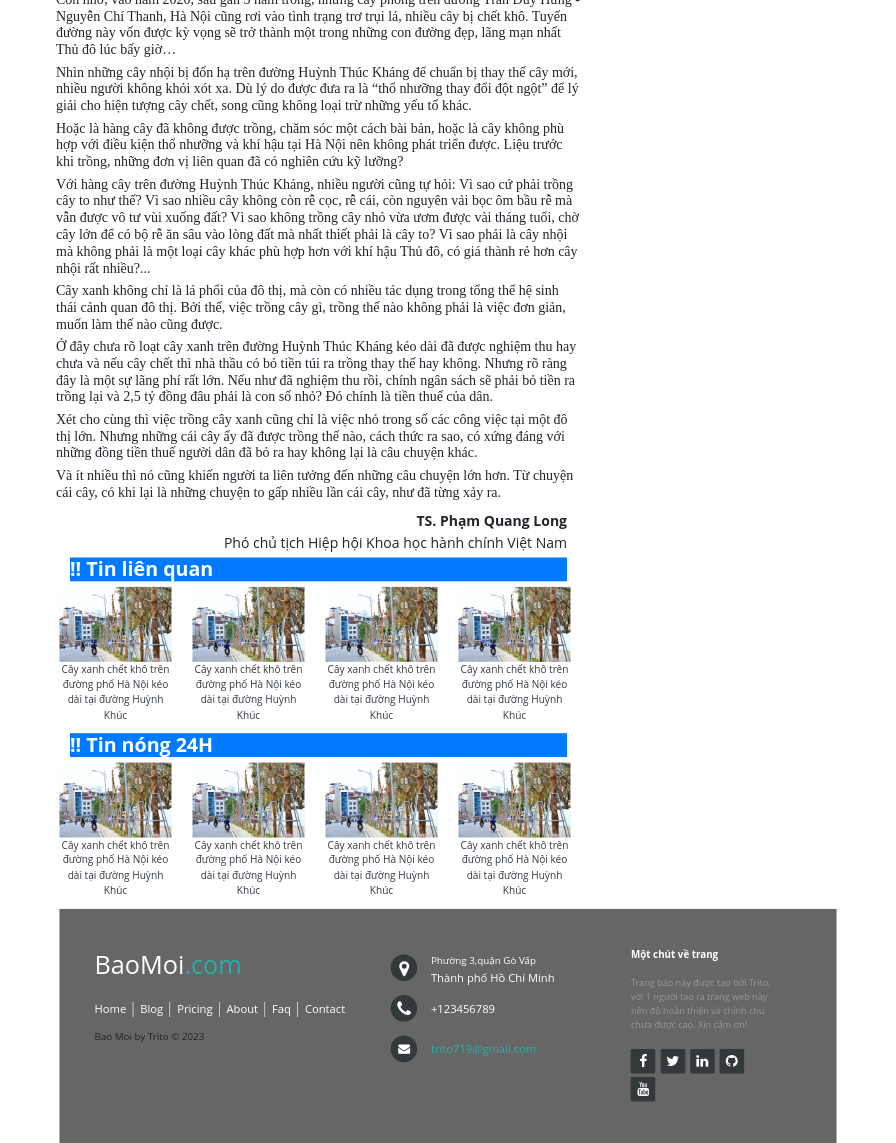
Repository: TRITO719/18_TrinhQuocToan_20081631
Page: So37/html/caykho.html
The author's editor kept a copy of each file at every save. The page is drawn from the files as they stood at one save, then again after the next save.
The browser window is 1280 px wide. The pictures show the part of the page from y = 1609 to 3529 px (the page is 3242 px tall before and 3884 px after), at 70% of full size.

Above is the page before, as saved 2023-04-22 13:04:17.

### So37/html/caykho.html
<!DOCTYPE html>
<html lang="en">
<head>
    <meta charset="UTF-8">
    <meta http-equiv="X-UA-Compatible" content="IE=edge">
    <meta name="viewport" content="width=device-width, initial-scale=1.0">
    <title>Document</title>
    <link rel="stylesheet" href="../css/bootstrap.min.css">
    <script src="../js/jquery-3.6.4.min.js"></script>
    <script src="../js/bootstrap.min.js"></script>
    <link rel="stylesheet" href="../css/style.css">
    <link rel="stylesheet" href="https://cdnjs.cloudflare.com/ajax/libs/font-awesome/4.7.0/css/font-awesome.min.css">
</head>
<body>
    <!--Tao thuong hieu va menu-->
    <div class="container">
        <!--Nhan-->
        <a  href="">
            <img class="navbar-brand-item mx-auto d-block" src="../img/Capture.PNG" alt="">
        </a>
        <!--Menu-->
        <nav class="navbar navbar-expand-lg  navbar-light bg-light sticky-top">
            <div class="navbar-collapse collapse show" id="navbar">
                <ul class="navbar-nav">
                    <!--Trang chu-->
                    <li class="nav-item dropdown">
                        <a class="nav-link dropdown-toggle" id="trangchu" data-toggle="dropdown" aria-haspopup="true" aria-expanded="false" href="#">Trang chủ</a>
                        <div class="dropdown-menu" aria-labelledby="trangchu">
                            <a class="dropdown-item" href="#">Trang chính</a>
                            <a class="dropdown-item" href="#">Trang mua sắm</a>
                            <a class="dropdown-item" href="#">Trang giới thiệu</a>
                        </div>
                    </li>

                        <li class="nav-item dropdown">
                            <a class="nav-link dropdown-toggle" href="#" id="thoisuDropdown" role="button" data-toggle="dropdown" aria-haspopup="true" aria-expanded="false">Thời sự
                            </a>
                            <div class="dropdown-menu" aria-labelledby="thoisuDropdown">
                                <a class="dropdown-item" href="#">Tin nóng</a>
                                <a class="dropdown-item" href="#">Tin mới</a>
                                <a class="dropdown-item" href="#">Tin trong ngày</a>
                                <a class="dropdown-item" href="#">Tin trong tuần</a>
                                <a class="dropdown-item" href="#">Tin chính trị</a>
                                <a class="dropdown-item" href="#">Tin kinh tế</a>
                                <a class="dropdown-item" href="#">Tin giáo dục </a>
                                <a class="dropdown-item" href="#">Tin quân sự</a>
                            </div>
                        </li>
                        <li class="nav-item dropdown">
                            <a class="nav-link dropdown-toggle" href="#" id="thoisuDropdown" role="button" data-toggle="dropdown" aria-haspopup="true" aria-expanded="false">Thế giới
                            </a>
                            <div class="dropdown-menu" aria-labelledby="thoisuDropdown">
                                <a class="dropdown-item" href="#">Tin nóng</a>
                                <a class="dropdown-item" href="#">Tin mới</a>
                                <a class="dropdown-item" href="#">Tin trong ngày</a>
                                <a class="dropdown-item" href="#">Tin trong tuần</a>
                                <a class="dropdown-item" href="#">Tin chính trị</a>
                                <a class="dropdown-item" href="#">Tin kinh tế</a>
                                <a class="dropdown-item" href="#">Tin giáo dục </a>
                                <a class="dropdown-item" href="#">Tin quân sự</a>
                            </div>
                        </li>
                        <li class="nav-item ">
                            <a class="nav-link" href="">Video</a>

                        </li>
                        <li class="nav-item ">
                            <a class="nav-link" href="">Chủ đề</a>

                        </li>

                        <div class="col ml-auto">
                            <form class="d-flex">
                                <input class="form-control me-2" type="search" placeholder="Tìm kiếm" aria-label="Search">
                                <button class="btn btn-outline-success" type="submit">Tìm kiếm</button>
                            </form>

                        </div>

                </ul>

            </div>

        </nav>
        <div class="row text-center " style="font-family:'Times', 'Gill Sans MT', Calibri, 'Trebuchet MS', sans-serif">
            <h1>Cây xanh chết khô trên đường phố Hà Nội kéo dài tại đường Huỳnh Khúc</h1>
            <p class="text-muted" >04/04/2023</p>
            <h5 class="font-weight-bold">Sáng 3/4, nhiều cây nhội chết khô có đường kính thân 20-25cm trên vỉa hè dọc đường Huỳnh Thúc Kháng kéo dài (Hà Nội) đã được nhổ lên.</h5>
                <figure>
                    <img src="../img/cay-xanh-chet-kho-tren-duong-huynh-thuc-khang-keo-dai-2-16803995389678631728.jpg" class="d-block w-100 trans" alt="Hình ảnh 1">
                    <figcaption class="figure-caption text-center text-dark ">
                        Cây xanh chết khô trên đường phố Hà Nội kéo dài tại đường Huỳnh Khúc
                    </figcaption>


        </div>
        <div class="row">
            <div class="col-7" style="margin: 10px;padding: 10px; font-family: 'Times New Roman', Times, serif;">
                <h5>Hạng mục cây xanh trên tuyến đường này có trị giá khoảng 2,5 tỷ đồng, do nhà thầu thi công là liên danh Công ty Đường bộ Phú Thọ và Công ty CP Đầu tư DCC Hà Nội thực hiện. Trước mắt, có vài chục cây được xác định đã bị chết.</h5>

            </div>
            <div class="col-4">

            </div>
            <div class="col-sm-7 col-md-7">
                    <figure>
                        <img src="../img/caykho/img-bgt-2021-cay-xanh-1680532614-width1280height824.jpg" class="d-block w-100 trans" alt="Hình ảnh 1">
                        <figcaption class="figure-caption text-center text-dark ">
                            Cây xanh chết khô trên đường phố Hà Nội kéo dài tại đường Huỳnh Khúc
                        </figcaption>
                    </figure>
            </div>
            <div class="col-4">

            </div>
            <div class="col-8" style="font-family:'Times New Roman', Times, serif; margin: 5px; padding: 5px;">
                <h5>
                    Nguyên nhân khiến cây xanh chết khô hoặc có dấu hiệu sinh trưởng thấp được những người có trách nhiệm cho rằng “do thổ nhưỡng bị thay đổi đột ngột”.
                </h5>
                <h5>
                    Đường Huỳnh Thúc Kháng kéo dài có chiều dài khoảng 1,3km, vừa được thông xe vào ngày 17/1, có tổng mức đầu tư hơn 340 tỷ đồng do quận Đống Đa làm chủ đầu tư. Hàng cây xanh 2 bên đường với số lượng 264 cây được đầu tư đồng bộ cùng các hạng mục khác của con đường.
                </h5>
                <h5>
                    Tuy nhiên, đã nhiều tháng trôi qua, hàng cây không lên xanh mà bị khô héo. Nhiều cây chết đã lâu nên lớp vỏ bị bong tróc, gây mất cảnh quan đô thị và tiềm ẩn nguy cơ gãy, đổ, đe dọa người tham gia giao thông.
                </h5>
                <h5>
                    Còn nhớ, vào năm 2020, sau gần 3 năm trồng, những cây phong trên đường Trần Duy Hưng - Nguyễn Chí Thanh, Hà Nội cũng rơi vào tình trạng trơ trụi lá, nhiều cây bị chết khô. Tuyến đường này vốn được kỳ vọng sẽ trở thành một trong những con đường đẹp, lãng mạn nhất Thủ đô lúc bấy giờ…
                </h5>
                <h5>
                    Nhìn những cây nhội bị đốn hạ trên đường Huỳnh Thúc Kháng để chuẩn bị thay thế cây mới, nhiều người không khỏi xót xa. Dù lý do được đưa ra là “thổ nhưỡng thay đổi đột ngột” để lý giải cho hiện tượng cây chết, song cũng không loại trừ những yếu tố khác.
                </h5>
                <h5>
                    Hoặc là hàng cây đã không được trồng, chăm sóc một cách bài bản, hoặc là cây không phù hợp với điều kiện thổ nhưỡng và khí hậu tại Hà Nội nên không phát triển được. Liệu trước khi trồng, những đơn vị liên quan đã có nghiên cứu kỹ lưỡng?
                </h5>
                <h5>
                    Với hàng cây trên đường Huỳnh Thúc Kháng, nhiều người cũng tự hỏi: Vì sao cứ phải trồng cây to như thế? Vì sao nhiều cây không còn rễ cọc, rễ cái, còn nguyên vải bọc ôm bầu rễ mà vẫn được vô tư vùi xuống đất? Vì sao không trồng cây nhỏ vừa ươm được vài tháng tuổi, chờ cây lớn để có bộ rễ ăn sâu vào lòng đất mà nhất thiết phải là cây to? Vì sao phải là cây nhội mà không phải là một loại cây khác phù hợp hơn với khí hậu Thủ đô, có giá thành rẻ hơn cây nhội rất nhiều?...
                </h5>
                <h5>
                    Cây xanh không chỉ là lá phổi của đô thị, mà còn có nhiều tác dụng trong tổng thể hệ sinh thái cảnh quan đô thị. Bởi thế, việc trồng cây gì, trồng thế nào không phải là việc đơn giản, muốn làm thế nào cũng được.
                </h5>
                <h5>
                    Ở đây chưa rõ loạt cây xanh trên đường Huỳnh Thúc Kháng kéo dài đã được nghiệm thu hay chưa và nếu cây chết thì nhà thầu có bỏ tiền túi ra trồng thay thế hay không. Nhưng rõ ràng đây là một sự lãng phí rất lớn. Nếu như đã nghiệm thu rồi, chính ngân sách sẽ phải bỏ tiền ra trồng lại và 2,5 tỷ đồng đâu phải là con số nhỏ? Đó chính là tiền thuế của dân.
                </h5>
                <h5>
                    Xét cho cùng thì việc trồng cây xanh cũng chỉ là việc nhỏ trong số các công việc tại một đô thị lớn. Nhưng những cái cây ấy đã được trồng thế nào, cách thức ra sao, có xứng đáng với những đồng tiền thuế người dân đã bỏ ra hay không lại là câu chuyện khác.

                </h5>
                <h5>
                    Và ít nhiều thì nó cũng khiến người ta liên tưởng đến những câu chuyện lớn hơn. Từ chuyện cái cây, có khi lại là những chuyện to gấp nhiều lần cái cây, như đã từng xảy ra.
                </h5>
            </div>


        </div>
        <div class="col-8">
            <div class="text-right">
                <h5 class="font-weight-bold">
                    TS. Phạm Quang Long
                </h5>
                <h5>
                    Phó chủ tịch Hiệp hội Khoa học hành chính Việt Nam
                </h5>

            </div>
            <div>
                <h3 class="text-white font-weight-bold bg-primary">!! Tin liên quan</h3>
            </div>
        </div>
        <div class="row">
            <div class="col-sm-2 col-md-2">
                <a href="">
                    <figure>
                        <img src="../img/cay-xanh-chet-kho-tren-duong-huynh-thuc-khang-keo-dai-2-16803995389678631728.jpg" class="d-block w-100 trans" alt="Hình ảnh 1">
                        <figcaption class="figure-caption text-center text-dark ">
                            Cây xanh chết khô trên đường phố Hà Nội kéo dài tại đường Huỳnh Khúc
                        </figcaption>
                </a>

            </div>
            <div class="col-sm-2 col-md-2">
                <a href="">
                    <figure>
                        <img src="../img/cay-xanh-chet-kho-tren-duong-huynh-thuc-khang-keo-dai-2-16803995389678631728.jpg" class="d-block w-100 trans" alt="Hình ảnh 1">
                        <figcaption class="figure-caption text-center text-dark ">
                            Cây xanh chết khô trên đường phố Hà Nội kéo dài tại đường Huỳnh Khúc
                        </figcaption>
                </a>

            </div>
            <div class="col-sm-2 col-md-2">
                <a href="">
                    <figure>
                        <img src="../img/cay-xanh-chet-kho-tren-duong-huynh-thuc-khang-keo-dai-2-16803995389678631728.jpg" class="d-block w-100 trans" alt="Hình ảnh 1">
                        <figcaption class="figure-caption text-center text-dark ">
                            Cây xanh chết khô trên đường phố Hà Nội kéo dài tại đường Huỳnh Khúc
                        </figcaption>
                </a>

            </div>
            <div class="col-sm-2 col-md-2">
                <a href="">
                    <figure>
                        <img src="../img/cay-xanh-chet-kho-tren-duong-huynh-thuc-khang-keo-dai-2-16803995389678631728.jpg" class="d-block w-100 trans" alt="Hình ảnh 1">
                        <figcaption class="figure-caption text-center text-dark ">
                            Cây xanh chết khô trên đường phố Hà Nội kéo dài tại đường Huỳnh Khúc
                        </figcaption>
                </a>

            </div>

        </div>
        <div class="col-sm-8 col-md-8">
            <div>
                <h3 class="text-white font-weight-bold bg-primary">!! Tin nóng 24H</h3>
            </div>

        </div>
        <div class="row">
            <div class="col-sm-2 col-md-2">
                <a href="">
                    <figure>
                        <img src="../img/cay-xanh-chet-kho-tren-duong-huynh-thuc-khang-keo-dai-2-16803995389678631728.jpg" class="d-block w-100 trans" alt="Hình ảnh 1">
                        <figcaption class="figure-caption text-center text-dark ">
                            Cây xanh chết khô trên đường phố Hà Nội kéo dài tại đường Huỳnh Khúc
                        </figcaption>
                </a>

            </div>
            <div class="col-sm-2 col-md-2">
                <a href="">
                    <figure>
                        <img src="../img/cay-xanh-chet-kho-tren-duong-huynh-thuc-khang-keo-dai-2-16803995389678631728.jpg" class="d-block w-100 trans" alt="Hình ảnh 1">
                        <figcaption class="figure-caption text-center text-dark ">
                            Cây xanh chết khô trên đường phố Hà Nội kéo dài tại đường Huỳnh Khúc
                        </figcaption>
                </a>

            </div>
            <div class="col-sm-2 col-md-2">
                <a href="">
                    <figure>
                        <img src="../img/cay-xanh-chet-kho-tren-duong-huynh-thuc-khang-keo-dai-2-16803995389678631728.jpg" class="d-block w-100 trans" alt="Hình ảnh 1">
                        <figcaption class="figure-caption text-center text-dark ">
                            Cây xanh chết khô trên đường phố Hà Nội kéo dài tại đường Huỳnh Khúc
                        </figcaption>
                </a>

            </div>
            <div class="col-sm-2 col-md-2">
                <a href="">
                    <figure>
                        <img src="../img/cay-xanh-chet-kho-tren-duong-huynh-thuc-khang-keo-dai-2-16803995389678631728.jpg" class="d-block w-100 trans" alt="Hình ảnh 1">
                        <figcaption class="figure-caption text-center text-dark ">
                            Cây xanh chết khô trên đường phố Hà Nội kéo dài tại đường Huỳnh Khúc
                        </figcaption>
                </a>

            </div>

        </div>
        <footer class="footer-distributed">

            <div class="footer-left">

                <h3>BaoMoi<span>.com</span></h3>

                <p class="footer-links">
                    <a href="#" class="link-1">Home</a>

                    <a href="#">Blog</a>

                    <a href="#">Pricing</a>

                    <a href="#">About</a>

                    <a href="#">Faq</a>

                    <a href="#">Contact</a>
                </p>

                <p class="footer-company-name">Bao Moi by Trito © 2023</p>
            </div>

            <div class="footer-center">

                <div>
                    <i class="fa fa-map-marker"></i>
                    <p><span>Phường 3,quận Gò Vấp</span> Thành phố Hồ Chí Minh</p>
                </div>

                <div>
                    <i class="fa fa-phone"></i>
                    <p>+123456789</p>
                </div>

                <div>
                    <i class="fa fa-envelope"></i>
                    <p><a href="trito719@gmail.com">trito719@gmail.com</a></p>
                </div>

            </div>

            <div class="footer-right">

                <p class="footer-company-about">
                    <span>Một chút về trang</span>
                    Trang báo này được tạo bởi Trito, với 1 người tạo ra trang web này nên độ hoàn thiện và chỉnh chu chưa được cao. Xin cảm ơn!
                </p>

                <div class="footer-icons">

                    <a href="https://www.facebook.com/" ><i class="fa fa-facebook"></i></a>
                    <a href="https://twitter.com/home"><i class="fa fa-twitter"></i></a>
                    <a href="https://www.linkedin.com/"><i class="fa fa-linkedin"></i></a>
                    <a href="https://github.com/"><i class="fa fa-github"></i></a>
                    <a href="https://www.youtube.com/watch?v=dQw4w9WgXcQ"><i class="fa fa-youtube"></i></a>


                </div>

            </div>

        </footer>

    </div>


</body>

Loaded but not shown: So37/css/bootstrap.min.css (library); So37/js/jquery-3.6.4.min.js (library); So37/js/bootstrap.min.js (library); So37/css/style.css (209 lines, source omitted)

After the next save:
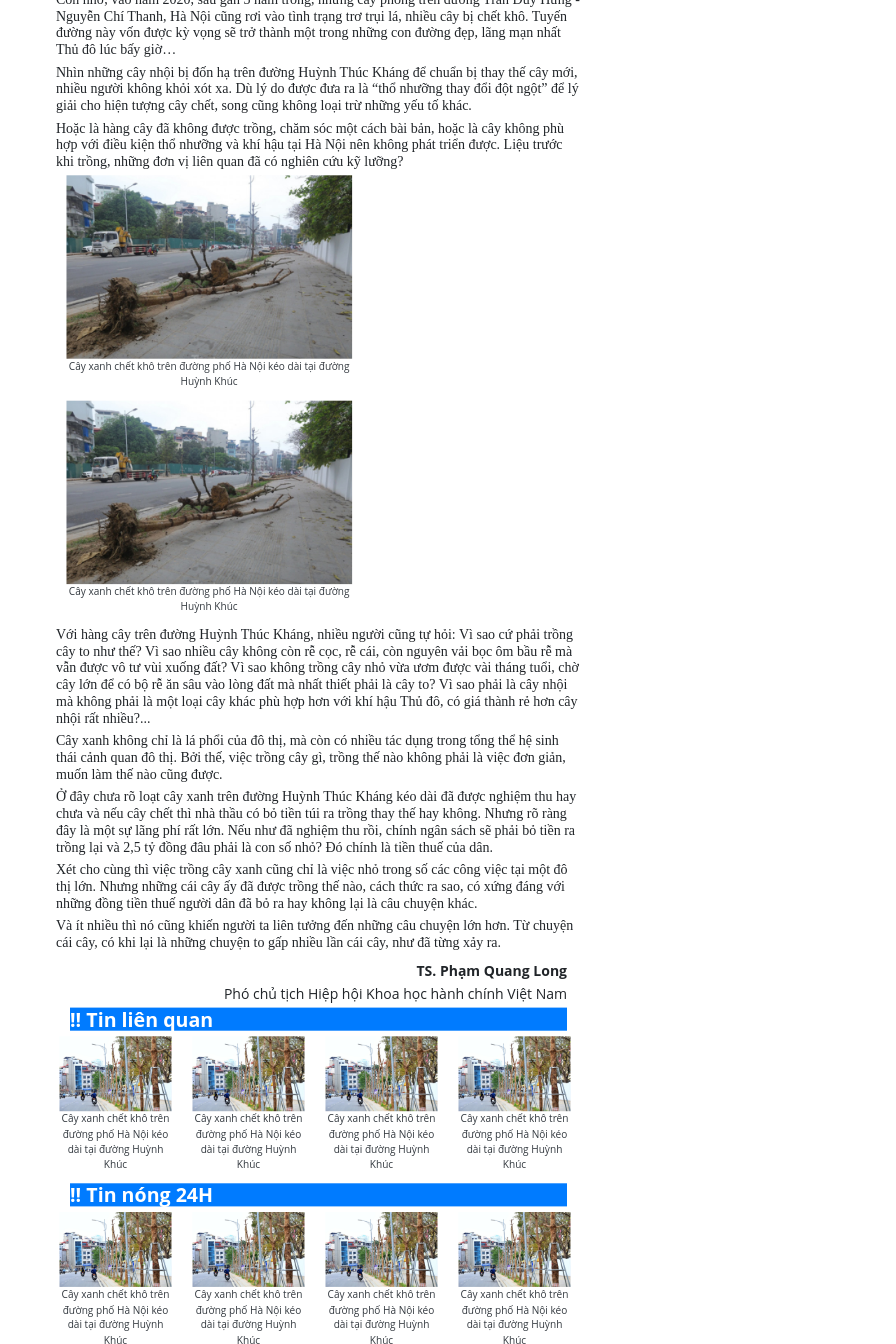
Saved 36 s later.
--- a/So37/html/caykho.html
+++ b/So37/html/caykho.html
@@ -132,6 +132,22 @@
                 <h5>
                     Hoặc là hàng cây đã không được trồng, chăm sóc một cách bài bản, hoặc là cây không phù hợp với điều kiện thổ nhưỡng và khí hậu tại Hà Nội nên không phát triển được. Liệu trước khi trồng, những đơn vị liên quan đã có nghiên cứu kỹ lưỡng?
                 </h5>
+                <div class="col-sm-7 col-md-7">
+                    <figure>
+                        <img src="../img/caykho/img-bgt-2021-cay-xanh-1680532614-width1280height824.jpg" class="d-block w-100 trans" alt="Hình ảnh 1">
+                        <figcaption class="figure-caption text-center text-dark ">
+                            Cây xanh chết khô trên đường phố Hà Nội kéo dài tại đường Huỳnh Khúc
+                        </figcaption>
+                    </figure>
+            </div>
+            <div class="col-sm-7 col-md-7">
+                <figure>
+                    <img src="../img/caykho/img-bgt-2021-cay-xanh-1680532614-width1280height824.jpg" class="d-block w-100 trans" alt="Hình ảnh 1">
+                    <figcaption class="figure-caption text-center text-dark ">
+                        Cây xanh chết khô trên đường phố Hà Nội kéo dài tại đường Huỳnh Khúc
+                    </figcaption>
+                </figure>
+        </div>
                 <h5>
                     Với hàng cây trên đường Huỳnh Thúc Kháng, nhiều người cũng tự hỏi: Vì sao cứ phải trồng cây to như thế? Vì sao nhiều cây không còn rễ cọc, rễ cái, còn nguyên vải bọc ôm bầu rễ mà vẫn được vô tư vùi xuống đất? Vì sao không trồng cây nhỏ vừa ươm được vài tháng tuổi, chờ cây lớn để có bộ rễ ăn sâu vào lòng đất mà nhất thiết phải là cây to? Vì sao phải là cây nhội mà không phải là một loại cây khác phù hợp hơn với khí hậu Thủ đô, có giá thành rẻ hơn cây nhội rất nhiều?...
                 </h5>

After the save that followed:
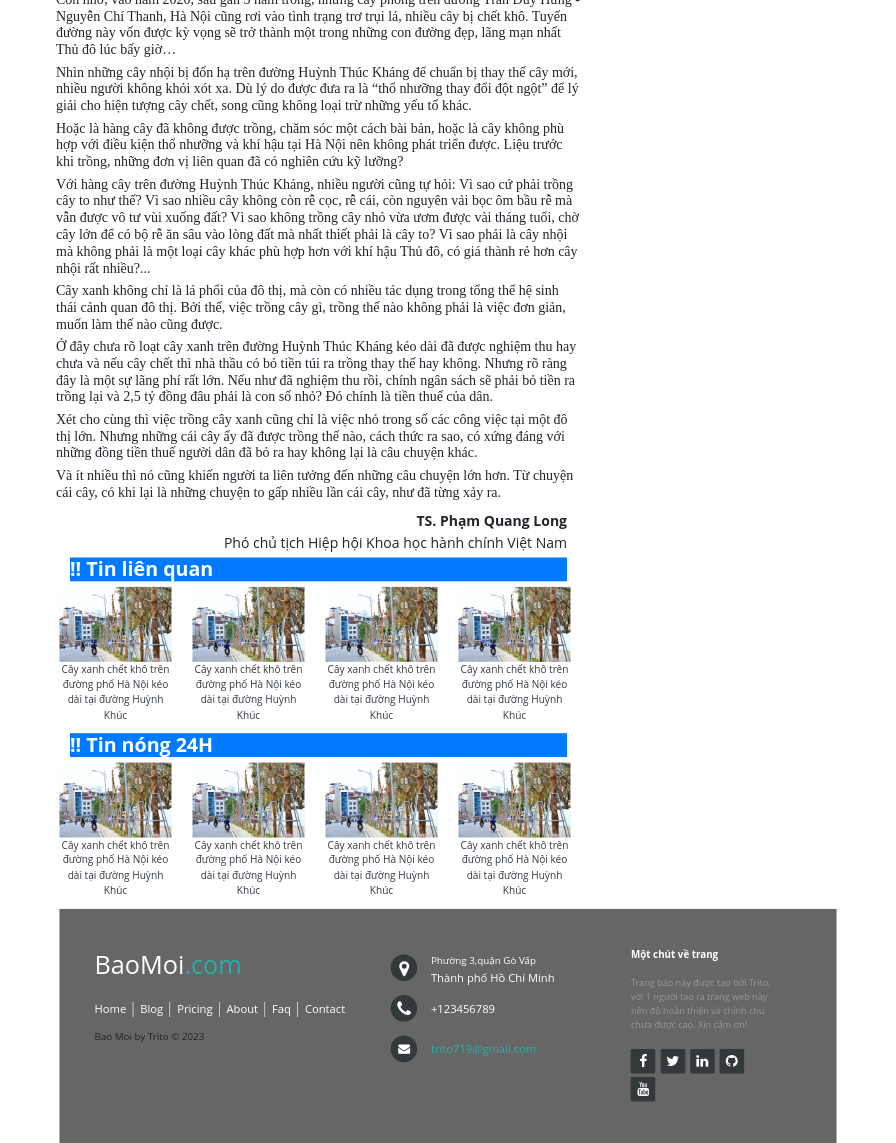
Saved 27 s later.
--- a/So37/html/caykho.html
+++ b/So37/html/caykho.html
@@ -132,22 +132,7 @@
                 <h5>
                     Hoặc là hàng cây đã không được trồng, chăm sóc một cách bài bản, hoặc là cây không phù hợp với điều kiện thổ nhưỡng và khí hậu tại Hà Nội nên không phát triển được. Liệu trước khi trồng, những đơn vị liên quan đã có nghiên cứu kỹ lưỡng?
                 </h5>
-                <div class="col-sm-7 col-md-7">
-                    <figure>
-                        <img src="../img/caykho/img-bgt-2021-cay-xanh-1680532614-width1280height824.jpg" class="d-block w-100 trans" alt="Hình ảnh 1">
-                        <figcaption class="figure-caption text-center text-dark ">
-                            Cây xanh chết khô trên đường phố Hà Nội kéo dài tại đường Huỳnh Khúc
-                        </figcaption>
-                    </figure>
-            </div>
-            <div class="col-sm-7 col-md-7">
-                <figure>
-                    <img src="../img/caykho/img-bgt-2021-cay-xanh-1680532614-width1280height824.jpg" class="d-block w-100 trans" alt="Hình ảnh 1">
-                    <figcaption class="figure-caption text-center text-dark ">
-                        Cây xanh chết khô trên đường phố Hà Nội kéo dài tại đường Huỳnh Khúc
-                    </figcaption>
-                </figure>
-        </div>
+
                 <h5>
                     Với hàng cây trên đường Huỳnh Thúc Kháng, nhiều người cũng tự hỏi: Vì sao cứ phải trồng cây to như thế? Vì sao nhiều cây không còn rễ cọc, rễ cái, còn nguyên vải bọc ôm bầu rễ mà vẫn được vô tư vùi xuống đất? Vì sao không trồng cây nhỏ vừa ươm được vài tháng tuổi, chờ cây lớn để có bộ rễ ăn sâu vào lòng đất mà nhất thiết phải là cây to? Vì sao phải là cây nhội mà không phải là một loại cây khác phù hợp hơn với khí hậu Thủ đô, có giá thành rẻ hơn cây nhội rất nhiều?...
                 </h5>
